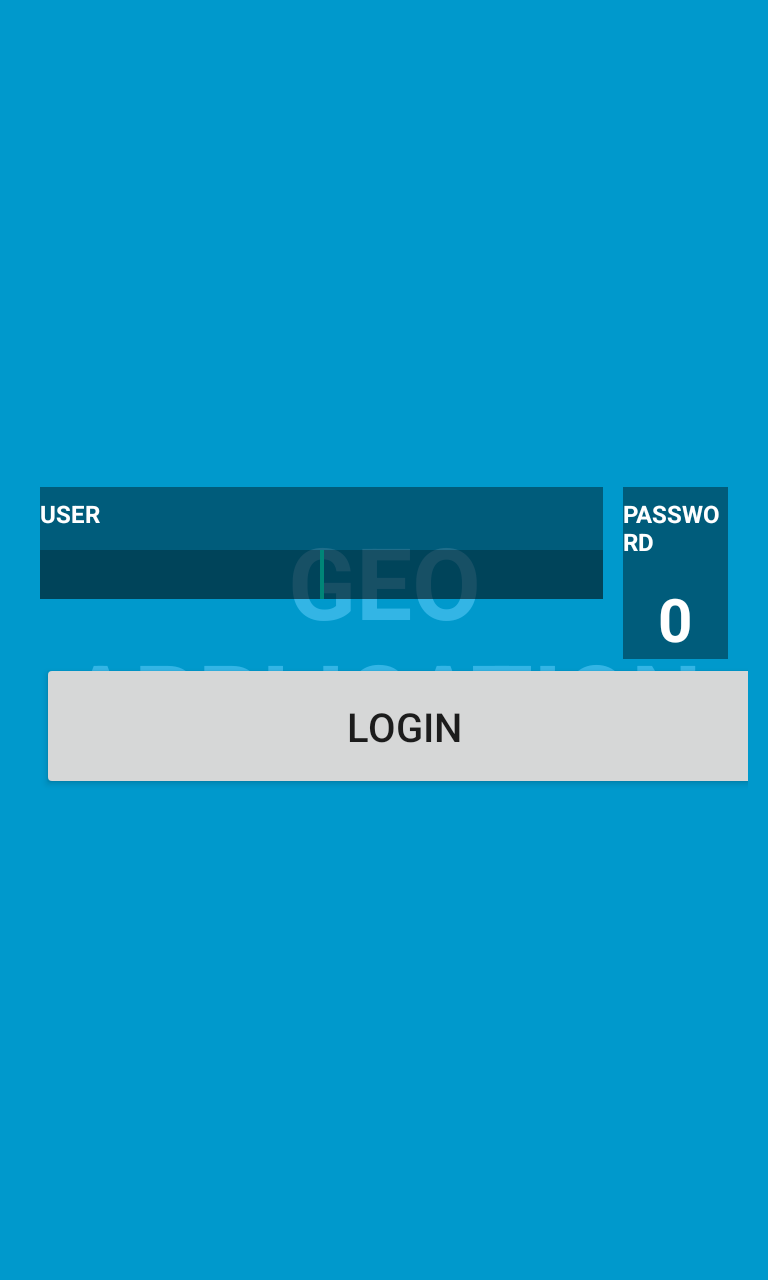
Repository: sebastianR1001/GeoApplication
Layout: GeoApplication/res/layout/login_fullscreen.xml
The author's editor kept a copy of each file at every save. The layout is drawn from the files as they stood at one save, then again after the next save.
It is drawn on a 768 x 1280 px phone screen (xhdpi) without system bars, with theme AppTheme; the app's code is not run.

Above is the layout before, as saved 2014-10-25 18:54:00.

### GeoApplication/res/layout/login_fullscreen.xml
<FrameLayout xmlns:android="http://schemas.android.com/apk/res/android"
    xmlns:tools="http://schemas.android.com/tools"
    android:layout_width="match_parent"
    android:layout_height="match_parent"
    android:background="#0099cc"
    tools:context="geo.geoapplication.FullscreenActivity" >

   <TextView
        android:layout_width="match_parent"
        android:layout_height="match_parent"
        android:gravity="center"
        android:keepScreenOn="true"
        android:text="@string/geo_application"
        android:textColor="#33b5e5"
        android:textSize="50sp"
        android:textStyle="bold" />


   <TableLayout
        android:layout_width="wrap_content"
        android:layout_height="wrap_content"
        android:layout_gravity="center"
        android:orientation="vertical"
        android:layout_marginLeft="10dp"
        android:layout_marginRight="10dp"  >

        <TableRow
            android:id="@+id/tableRow1"
            android:layout_width="wrap_content"
            android:layout_height="wrap_content"
            >

            <LinearLayout
		        android:id="@+id/userLayout"
		        style="?metaButtonBarStyle"
		        android:layout_width="wrap_content"
		        android:layout_height="wrap_content"
		        android:layout_weight="5"
		        android:layout_marginLeft="10dp"
		        android:background="@color/black_overlay"
		        android:orientation="vertical"
		        tools:ignore="UselessParent" >

			    <TextView
			        android:layout_width="match_parent"
			        android:layout_height="match_parent"
			        android:layout_marginTop="5dp"
			        android:text="@string/userText"
			        android:id="@+id/userText"
			        android:textColor="#ffffff"
			        android:textSize="12sp"
			        android:textStyle="bold" />

			    <EditText
			       android:id="@+id/userValue"
			       android:layout_width="match_parent"
			       android:layout_height="wrap_content"
			       android:gravity="center"
			       android:background="@color/white_overlay"
			       android:layout_marginTop="10dp"
			       android:ems="20" >

       <requestFocus />
   </EditText>

	        </LinearLayout>

			<LinearLayout
		        android:id="@+id/passwordLayout"
		        style="?metaButtonBarStyle"
		        android:layout_width="wrap_content"
		        android:layout_height="wrap_content"
		        android:layout_weight="5"
		        android:layout_marginRight="10dp"
		        android:layout_marginLeft="10dp"
		        android:background="@color/black_overlay"
		        android:orientation="vertical"
		        tools:ignore="UselessParent" >

			    <TextView
			        android:layout_width="match_parent"
			        android:layout_height="match_parent"
			        android:layout_marginTop="5dp"
			        android:text="@string/passwordText"
			        android:id="@+id/passwordText"
			        android:textColor="#ffffff"
			        android:textSize="12sp"
			        android:textStyle="bold" />

			    <TextView
			        android:layout_width="match_parent"
			        android:layout_height="match_parent"
			        android:text="@string/speed"
			        android:id="@+id/speed"
			        android:layout_marginTop="10dp"
			        android:gravity="center"
			        android:textColor="#ffffff"
			        android:textSize="30sp"
			        android:textStyle="bold" />
	        </LinearLayout>
        </TableRow>

        <TableRow
            android:id="@+id/tableRow10"
            android:layout_width="wrap_content"
            android:layout_height="wrap_content"
            >

            <Button
		        android:id="@+id/loginButton"
		        android:layout_width="135dp"
		        android:layout_height="67dp"
		        android:layout_marginLeft="10dp"
		        android:textSize="20sp"
		        android:text="@string/loginButton" />

		     <Button
		        android:id="@+id/newAccountButton"
		        android:layout_width="135dp"
		        android:layout_height="67dp"
		        android:layout_marginRight="10dp"
		        android:layout_marginLeft="10dp"
		        android:textSize="16sp"
		        android:text="@string/newAccountButton" />

        </TableRow>
    </TableLayout>
    <!--
         This FrameLayout insets its children based on system windows using
         android:fitsSystemWindows.
    -->

</FrameLayout>

### GeoApplication/res/values/strings.xml
<?xml version="1.0" encoding="utf-8"?>
<resources>

    <string name="app_name">GeoApplication</string>
    <string name="dummy_button">Dummy Button</string>
    <string name="dummy_content">DUMMY\nCONTENT</string>
    <string name="geo_application">GEO\nAPPLICATION</string>

    <string name="location">Location: ---</string>

    <string name="speedText">Speed</string>
    <string name="speed">0</string>
    <string name="speedUnit">km/h</string>

    <string name="time">00:00:00</string>
    <string name="timeText">Time</string>

    <string name="accuracy">Accuracy:</string>

    <string name="distance">0</string>
    <string name="distanceUnit">m</string>
    <string name="distanceText">Distance</string>

    <string name="altitude">0</string>
    <string name="altitudeUnit">AMSL</string>
    <string name="altitudeText">Altitude</string>

    <string name="last_fix">Last fix:</string>

    <string name="userText">USER</string>
    <string name="passwordText">PASSWORD</string>

    <string name="startButton">START</string>
    <string name="stopButton">STOP</string>
    <string name="resetButton">RESET</string>
    <string name="loginButton">LOGIN</string>
    <string name="newAccountButton">REGISTRATION</string>

    <string name="advancedText">ADVANCED</string>

</resources>

### GeoApplication/res/values/colors.xml
<resources>

    <color name="black_overlay">#66000000</color>
    <color name="white_overlay">#44000000</color>

</resources>

Loaded but not shown: GeoApplication/res/values/styles.xml (common file); GeoApplication/res/values-v11/styles.xml (common file); GeoApplication/res/values-v14/styles.xml (common file)

After the next save:
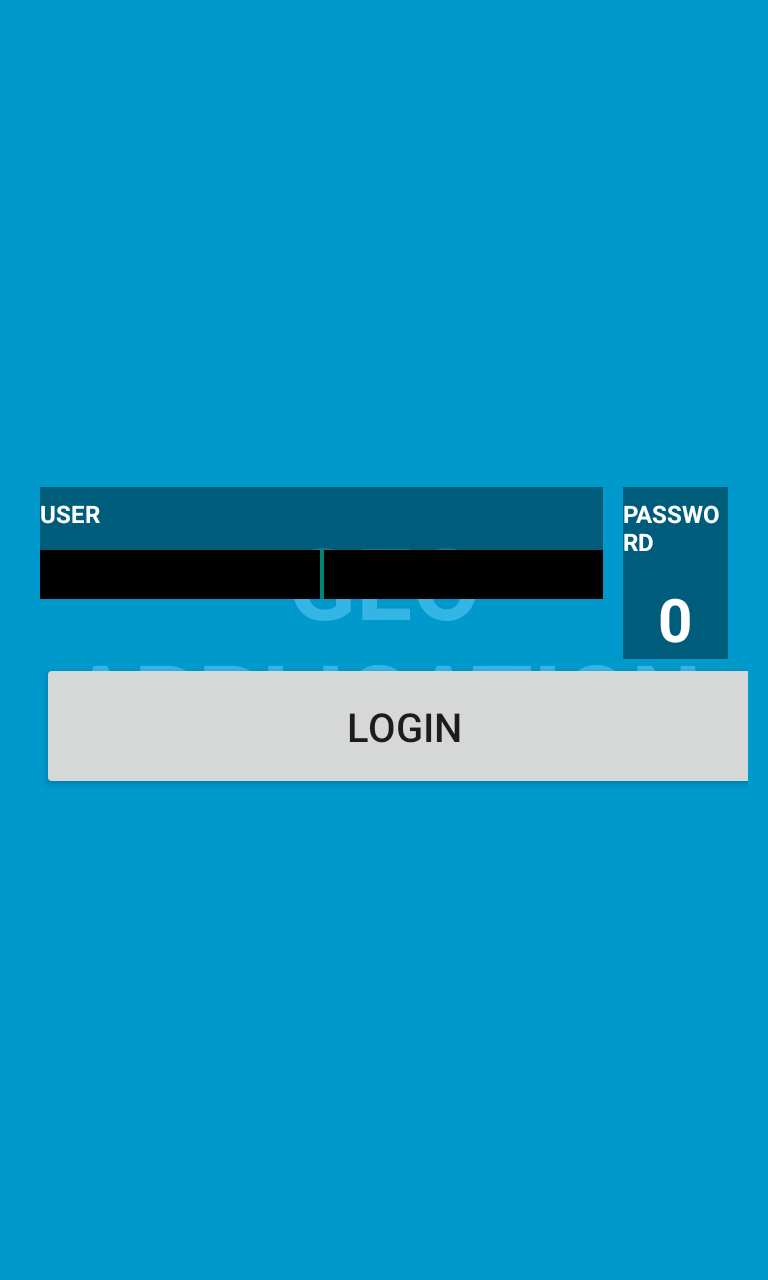
Saved 17 s later.
--- a/GeoApplication/res/values/colors.xml
+++ b/GeoApplication/res/values/colors.xml
@@ -1,6 +1,6 @@
 <resources>
 
     <color name="black_overlay">#66000000</color>
-    <color name="white_overlay">#44000000</color>
+    <color name="white_overlay">#ff000000</color>
 
 </resources>
